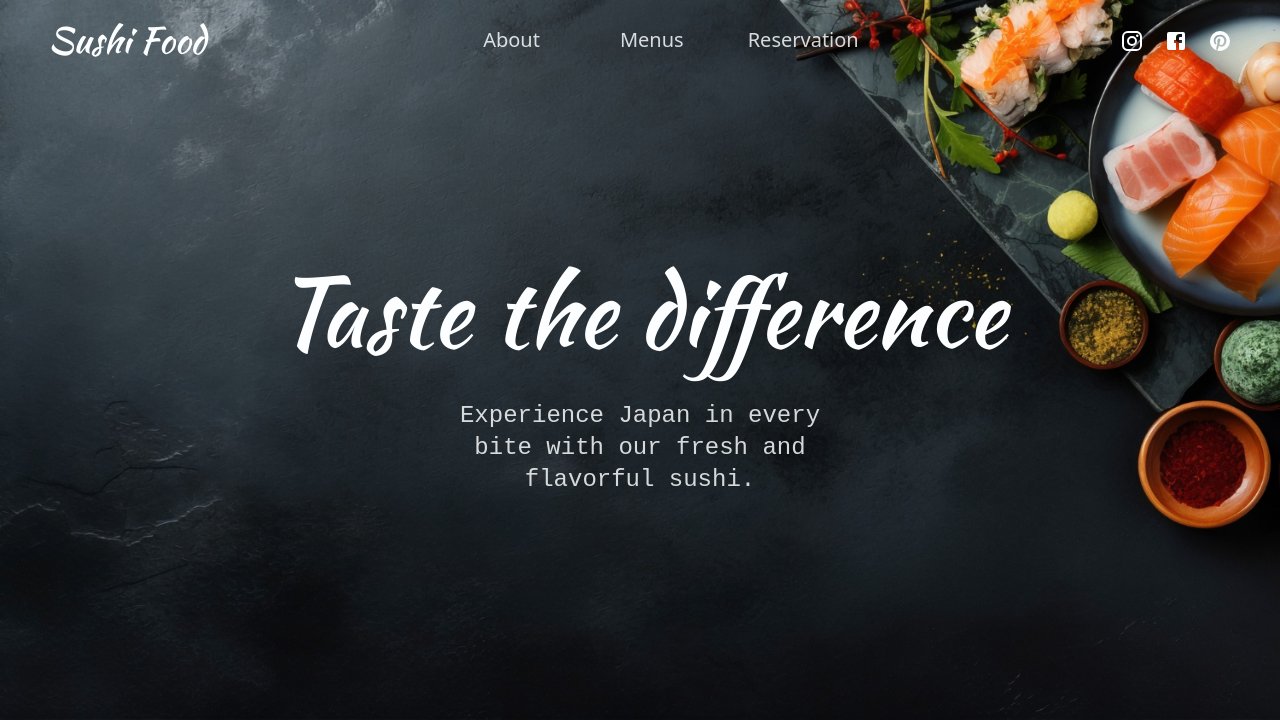
Repository: Adrien-legeleu/sushi-food
Page: /
These files come from the project's save history. The page is drawn as it stood at one moment and after the next save; the edit follows.
The browser window is 1280 px wide. The pictures show the whole page.
Some web fonts or font styles are not loaded; a fallback is used. The project was rebuilt for these pictures with package versions that can differ from the ones it lists, and the page was loaded fresh each time. Also part of the build but not shown: vite.config.ts.

Above is the page before, as saved 2024-04-28 20:19:27.

### src/App.tsx
import { Header, Landing } from "./Components"

const App =()=> {
  return (
    <div className="bg-greenBlack h-full w-full">
      <Header/>
      <Landing/>
    </div>
  )
}

export default App

### src/index.css
@import url('https://fonts.googleapis.com/css2?family=Kaushan+Script&family=Nanum+Gothic+Coding&display=swap');

@tailwind base;
@tailwind components;
@tailwind utilities;

*{
    margin: 0;
    padding: 0;
    box-sizing: border-box;
}

### src/Components/index.ts
export * from "./Landing";
export * from "./Header";

### src/Components/Landing.tsx
export const Landing =()=>{
    return(
        <div className="h-screen w-full bg-[url('././assets/mainfond.jpg')] bg-cover bg-center-top flex items-center justify-center flex-col gap-10 pt-10">
            <h1 className="font-title text-whiteTitle text-8xl">Taste the difference</h1>
            <p className="text-whiteText font-text text-2xl text-center w-1/3">Experience Japan in every bite with our fresh and flavorful sushi.</p>
        </div>
    )
}

### src/Components/Header.tsx
import InstagramIcon from '@mui/icons-material/Instagram';
import FacebookIcon from '@mui/icons-material/Facebook';
import PinterestIcon from '@mui/icons-material/Pinterest';
export const Header =()=>{
    return (
        <div className='fixed h-20 w-full max-w-[1400px] top-0 left-1/2 -translate-x-1/2 flex justify-between items-center pl-12 pr-12'>
            <h2 className='font-title text-4xl text-whiteTitle'>Sushi Food</h2>
            <ul className='flex items-center gap-16 justify-between text-whiteText text-xl'>
                <li className='cursor-pointer  duration-300 hover:bg-green rounded-full p-4 pt-2 pb-2'>About</li>
                <li>Menus</li>
                <li>Reservation</li>
            </ul>
            <ul className='flex items-center justify-between gap-5 text-whiteTitle'>
                <li>
                    <InstagramIcon/>


                </li>
                <li> <FacebookIcon/></li>
                <li><PinterestIcon/></li>
            </ul>
        </div>
    )
}

### tailwind.config.js
/** @type {import('tailwindcss').Config} */
export default {
  content: ["./index.html", "./src/**/*.{js,ts,jsx,tsx}"],
  theme: {
    extend: {
      backgroundColor: {
        greenBlack: "#0B1517",
      },
      colors: {
        green: "#A6977C",
        whiteTitle: "#FCFEFF",
        whiteText: "#FCFEFFD5",
      },
    },
    fontFamily: {
      title: ["Kaushan Script", "cursive"],
      text: ["Nanum Gothic Coding", "monospace"],
    },
  },
  plugins: [],
};

Loaded but not shown: index.html (common file); src/main.tsx (common file)

After the next save:
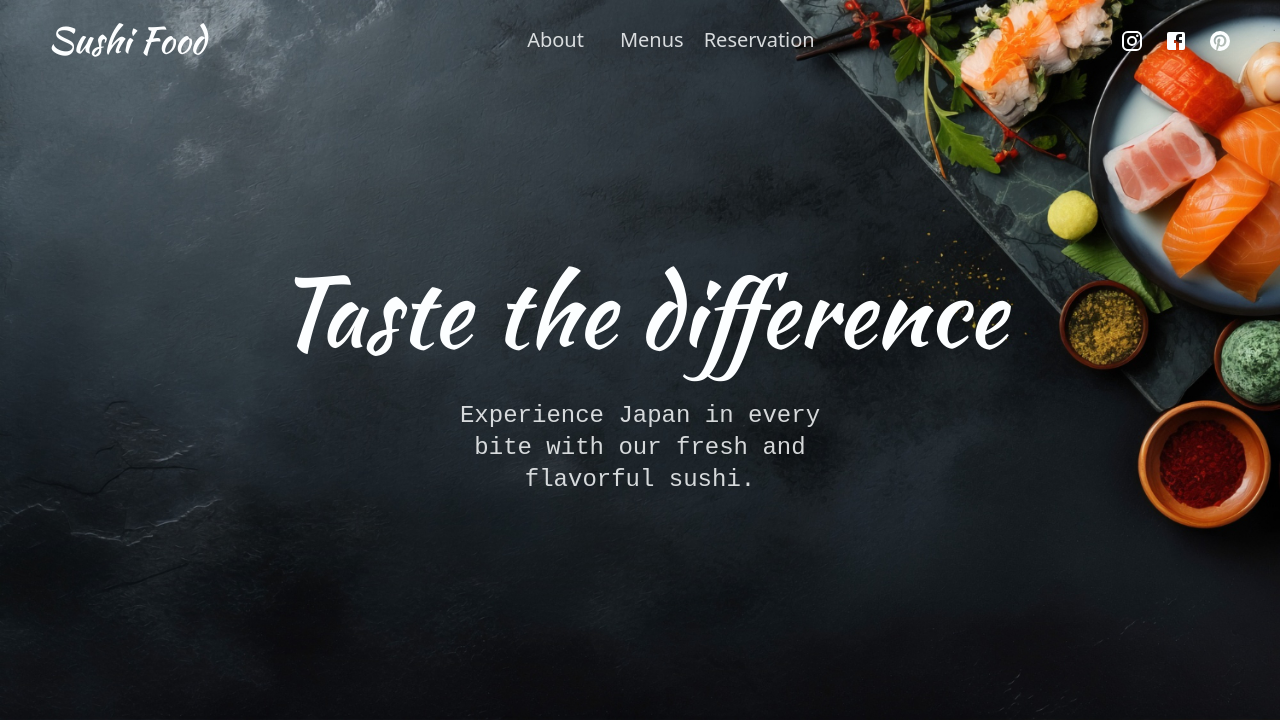
Saved 9 s later.
--- a/src/Components/Header.tsx
+++ b/src/Components/Header.tsx
@@ -5,7 +5,7 @@ export const Header =()=>{
     return (
         <div className='fixed h-20 w-full max-w-[1400px] top-0 left-1/2 -translate-x-1/2 flex justify-between items-center pl-12 pr-12'>
             <h2 className='font-title text-4xl text-whiteTitle'>Sushi Food</h2>
-            <ul className='flex items-center gap-16 justify-between text-whiteText text-xl'>
+            <ul className='flex items-center gap-5 justify-between text-whiteText text-xl'>
                 <li className='cursor-pointer  duration-300 hover:bg-green rounded-full p-4 pt-2 pb-2'>About</li>
                 <li>Menus</li>
                 <li>Reservation</li>
